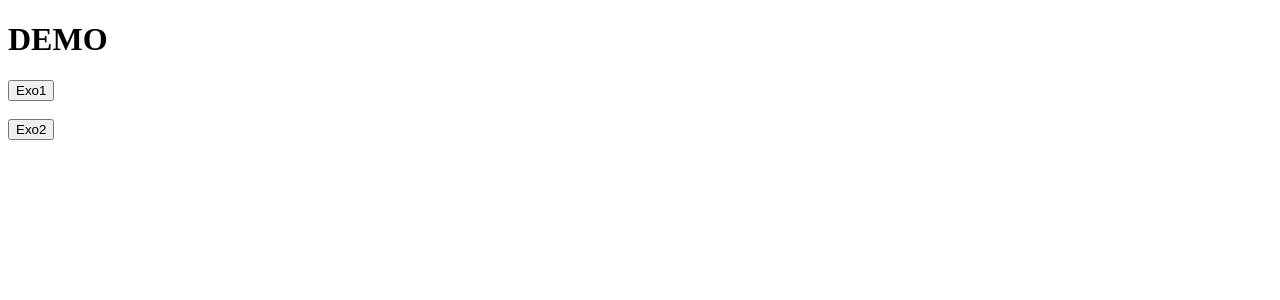
Repository: Chebani/Devoir-n1
Page: index.html
These files come from the project's save history. The page is drawn as it stood at one moment and after the next save; the edit follows.
The browser window is 1280 px wide. The pictures show the whole page.

Above is the page before, as saved 2018-09-20 16:02:41.

After the next save:
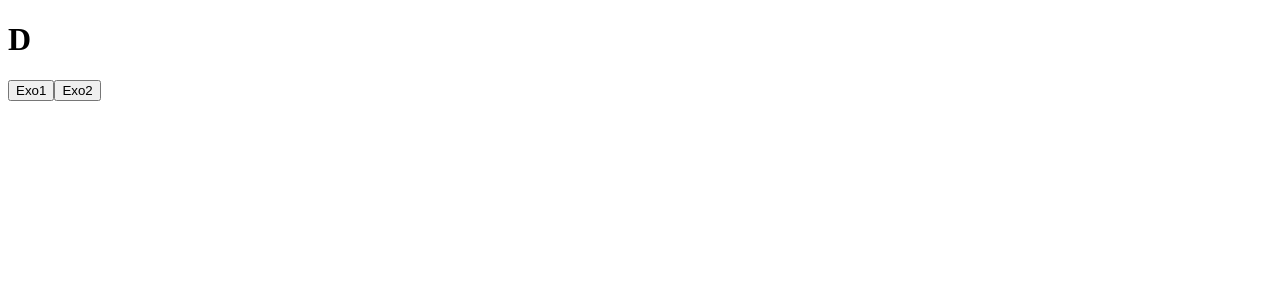
Saved 2 min 51 s later.
--- a/index.html
+++ b/index.html
@@ -20,10 +20,10 @@
     </script>
 </head>
 <body>
-    <h1>DEMO</h1>
-    <input type="button" value="Exo1" id="btnExo1">
+    <h1>D</h1>
+    <input type="button" value="Exo1" id="btnExo1"><input type="button" value="Exo2" id="btnExo2">
     <br><br>
-    <input type="button" value="Exo2" id="btnExo2">
+
     <br><br><br>
     <div id="activites"></div>
     <br><br><br>
